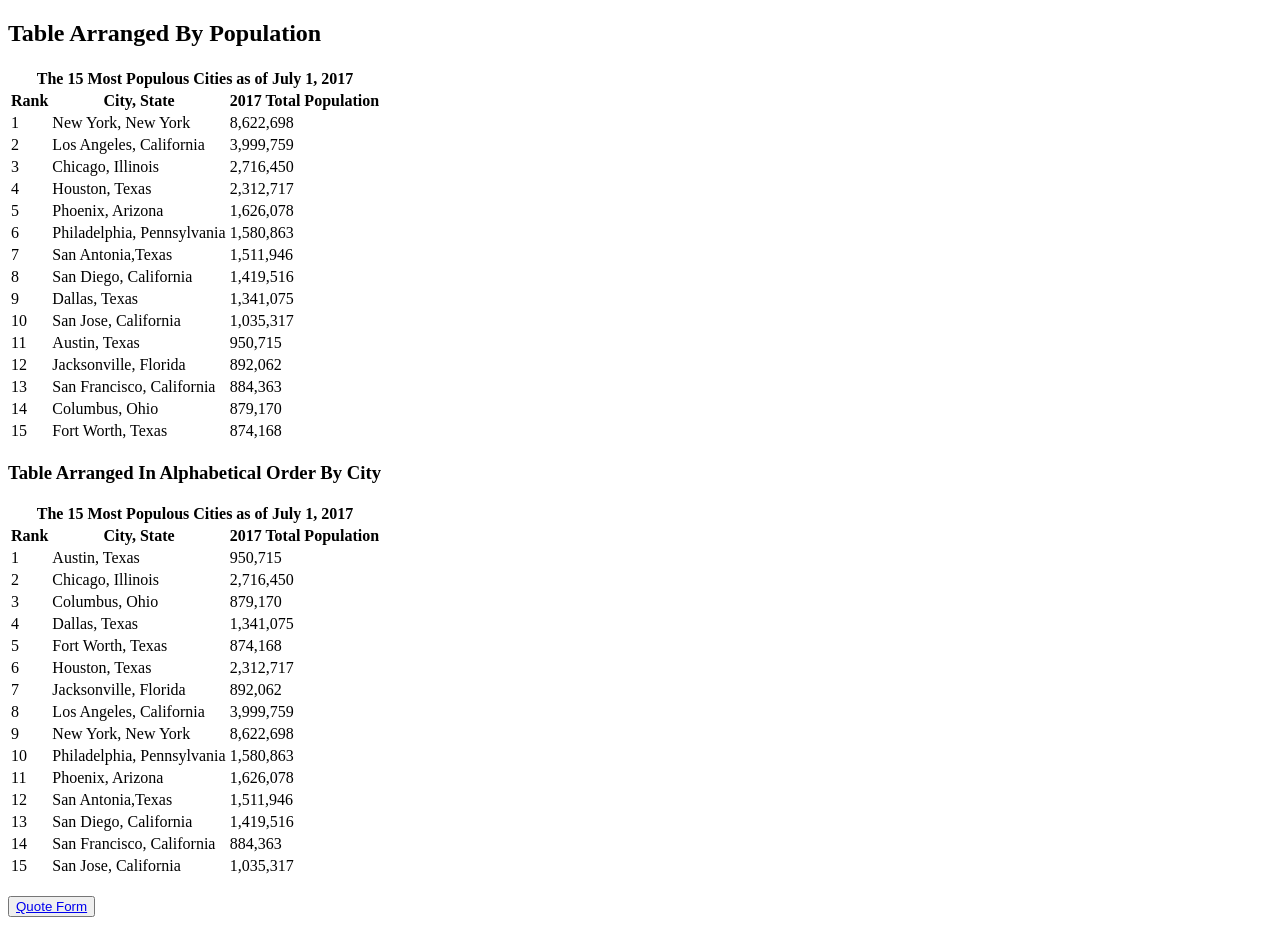
Repository: lilliebee/COSW30
Page: http://localhost/homework/homework3/population.php
The author's editor kept a record of every edit. The page is drawn from the files as they stood at one moment, then again after the next edit.
The browser window is 1280 px wide. The pictures show the whole page.
The page is run by PHP 8.4 with error messages shown; the project is at /var/www/html/.

Above is the page before.

After the next edit:
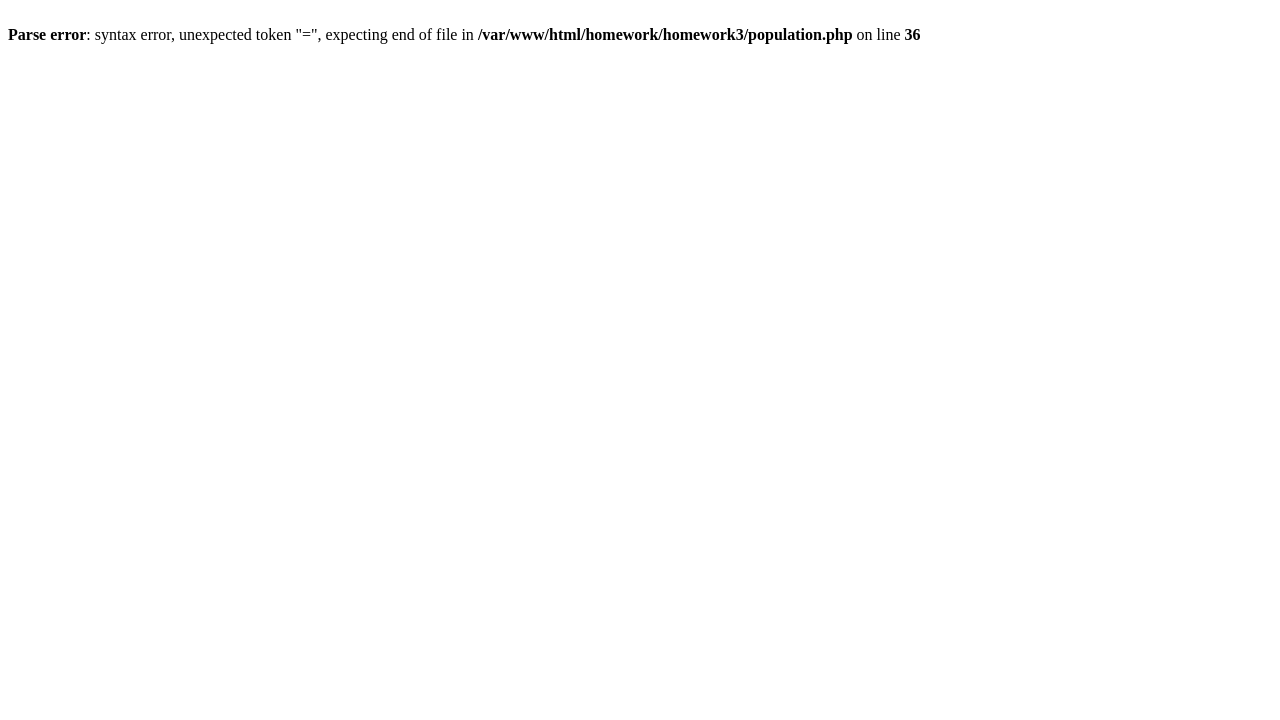
The edit:
--- a/homework/homework3/population.php
+++ b/homework/homework3/population.php
@@ -33,7 +33,7 @@
     <?php
 
 
-        $cityStatePop = ["New York, New York" => "8,622,698",
+        $cityStatepopulation; = ["New York, New York" => "8,622,698",
         "Los Angeles, California" => "3,999,759",
         "Chicago, Illinois" => "2,716,450", "Houston, Texas" => "2,312,717",
         "Phoenix, Arizona" => "1,626,078", "Philadelphia, Pennsylvania" => "1,580,863",
